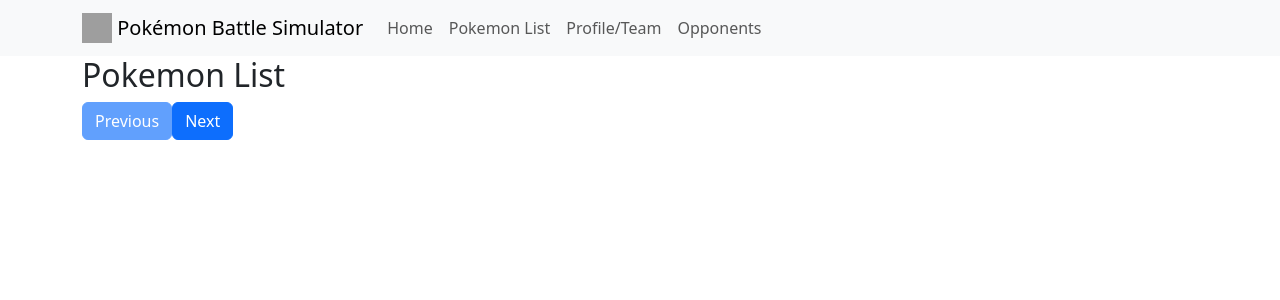
Repository: chsbca/Pokemon-Battle-Simulator
Page: /pokemon_list/ (app in front-end/)
These files come from the project's save history. The page is drawn as it stood at one moment and after the next save; the edit follows.
The browser window is 1280 px wide. The pictures show the whole page.
Pictures or frames that could not be fetched are drawn as grey boxes. The page's requests for data from a server got no answer. The project was rebuilt for these pictures with package versions that can differ from the ones it lists, and the page was loaded fresh each time. No one was signed in, and anything a server would have sent is missing. Also part of the build but not shown: front-end/vite.config.js, front-end/src/pages/Error404Page.jsx, front-end/src/pages/HomePage.jsx, front-end/src/pages/ProfilePage.jsx, front-end/src/pages/OpponentsPage.jsx.

Above is the page before, as saved 2024-04-10 11:18:36.

After the next save:
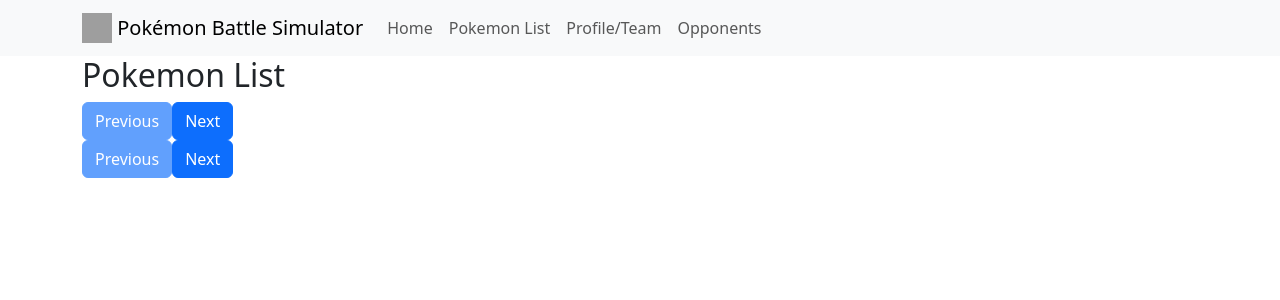
Saved 2 min 41 s later.
--- a/front-end/src/pages/PokemonListPage.jsx
+++ b/front-end/src/pages/PokemonListPage.jsx
@@ -81,6 +81,10 @@
     return (
         <div className="container">
             <h2>Pokemon List</h2>
+            <div className="pagination-controls">
+                <button onClick={handlePrevious} disabled={offset === 0} className="btn btn-primary">Previous</button>
+                <button onClick={handleNext} className="btn btn-primary">Next</button>
+            </div>
             <div className="row">
                 {pokemonDetails.map((pokemon, index) => (
                     <div key={index} className="col-sm-6 col-md-4 col-lg-3 mb-4">
